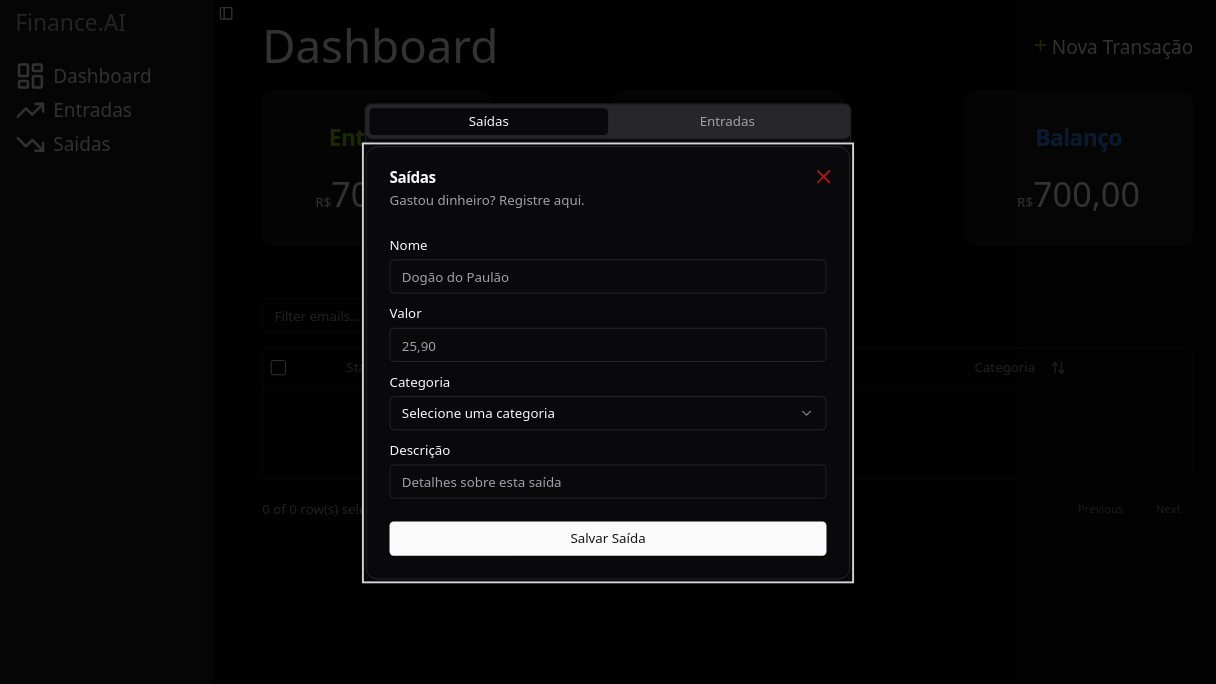
Repository: jvmotadev/web1front
Page: /, after clicking the first element matching `button.text-xl`
An editor plug-in stored every save of this project. The page is shown before and after the next save, followed by the edit.
The browser window is 1280 px wide. The pictures show the whole page, at 95% of full size.
The project was rebuilt for these pictures with package versions that can differ from the ones it lists, and the page was loaded fresh each time. Also part of the build but not shown: vite.config.ts, src/components/ui/separator.tsx, src/components/ui/sheet.tsx, src/components/ui/skeleton.tsx, src/components/ui/tooltip.tsx, src/app/entradas-item.tsx, src/app/tabela.tsx, src/components/ui/chart.tsx and 3 more.

Above is the page before, as saved 2024-11-16 17:21:59.

After the next save:
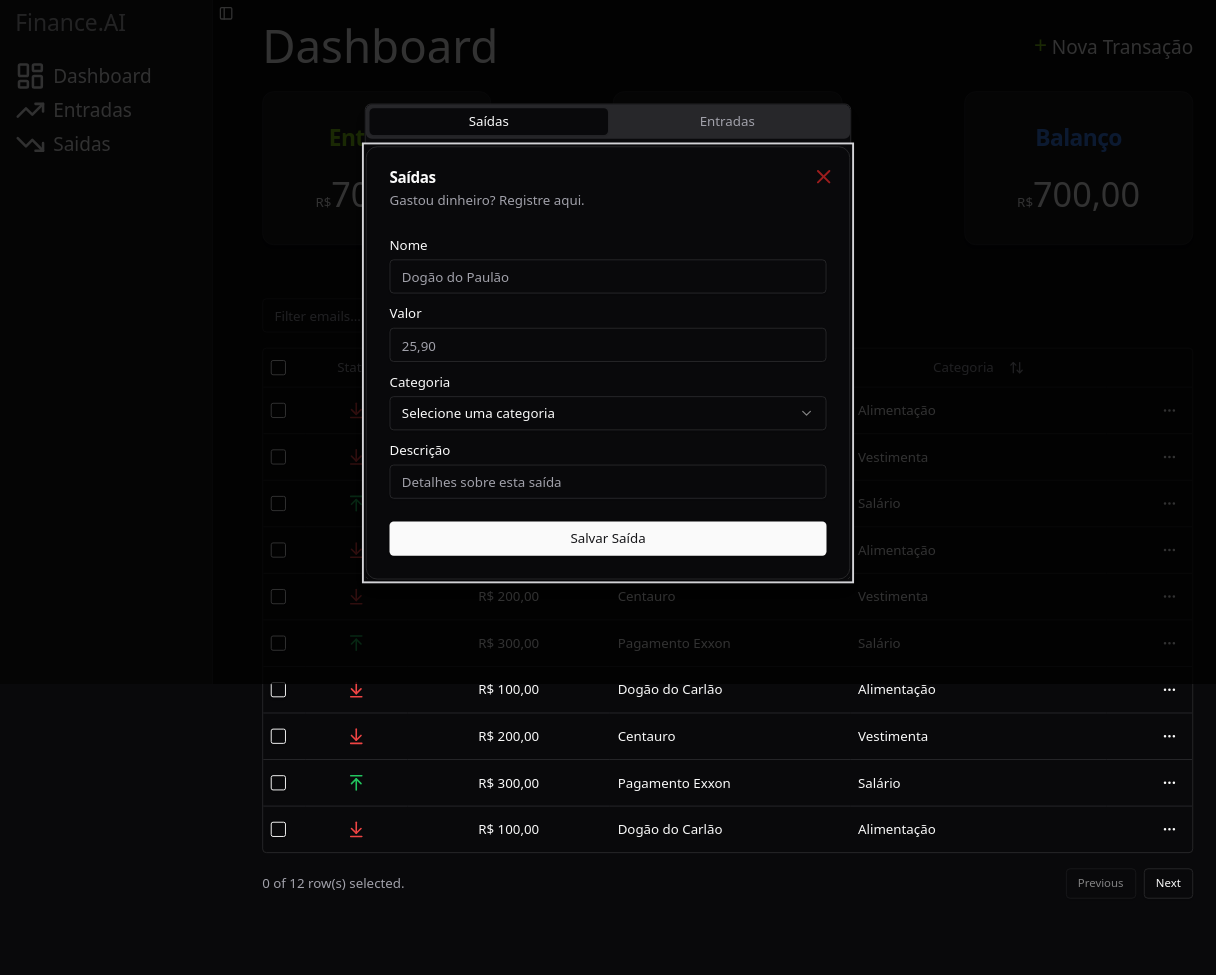
Saved 10 s later.
--- a/src/app/transaction-list/static-data.tsx
+++ b/src/app/transaction-list/static-data.tsx
@@ -1,5 +1,5 @@
 export const staticPayments = [
-/*     { id: "1", amount: 100, status: "saida", name: "Dogão do Carlão", category: "Alimentação" },
+    { id: "1", amount: 100, status: "saida", name: "Dogão do Carlão", category: "Alimentação" },
     { id: "2", amount: 200, status: "saida", name: "Centauro", category: "Vestimenta" },
     { id: "3", amount: 300, status: "entrada", name: "Pagamento Exxon", category: "Salário" },
     { id: "5", amount: 100, status: "saida", name: "Dogão do Carlão", category: "Alimentação" },
@@ -10,5 +10,5 @@ export const staticPayments = [
     { id: "11", amount: 300, status: "entrada", name: "Pagamento Exxon", category: "Salário" },
     { id: "12", amount: 100, status: "saida", name: "Dogão do Carlão", category: "Alimentação" },
     { id: "14", amount: 200, status: "saida", name: "Centauro", category: "Vestimenta" },
-    { id: "15", amount: 300, status: "entrada", name: "Pagamento Exxon", category: "Salário" }, */
+    { id: "15", amount: 300, status: "entrada", name: "Pagamento Exxon", category: "Salário" },
   ];
